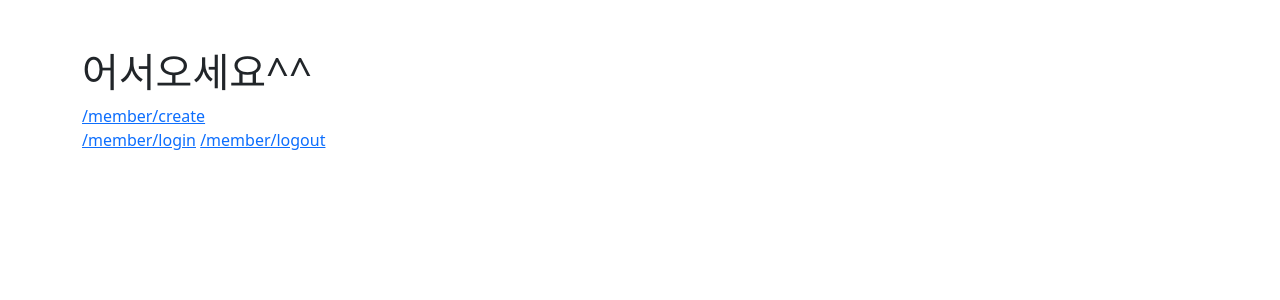
Repository: MASKUN2/GuDeeAcademy72thJavaSpring
Page: http://localhost/231121Diary/
The author's editor kept a copy of each file at every save. The page is drawn from the files as they stood at one save, then again after the next save.
The browser window is 1280 px wide. The pictures show the whole page.
The page is served by Tomcat 9. Nobody is signed in. The application's start-up code is not run. Other server files are loaded and not shown.

Above is the page before, as saved 2023-11-21 08:08:14.

### 231121Diary/src/main/webapp/index.jsp
<%@page import="vo.member.Member"%>
<%@ page language="java" contentType="text/html; charset=UTF-8"
    pageEncoding="UTF-8"%>
<!DOCTYPE html>
<html>
<head>
<meta charset="UTF-8">
<link href="https://cdn.jsdelivr.net/npm/bootstrap@5.3.2/dist/css/bootstrap.min.css" rel="stylesheet">
<script src="https://cdn.jsdelivr.net/npm/bootstrap@5.3.2/dist/js/bootstrap.bundle.min.js"></script>
<title>Insert title here</title>
</head>
<body>
	<div class="container my-5">
	<H1>${sessionScope.member.memberId} 어서오세요^^</H1>
	<a href="<%=request.getContextPath()%>/member/create">/member/create</a><br>
	<a href="<%=request.getContextPath()%>/member/login">/member/login</a>
	<a href="<%=request.getContextPath()%>/member/logout">/member/logout</a>
	</div>

</body>
<script type="text/javascript" src="<%=request.getContextPath()%>/js/jquery-3.7.1.min.js"></script>
</html>

Loaded but not shown: 231121Diary/src/main/webapp/js/jquery-3.7.1.min.js (library)

After the next save:
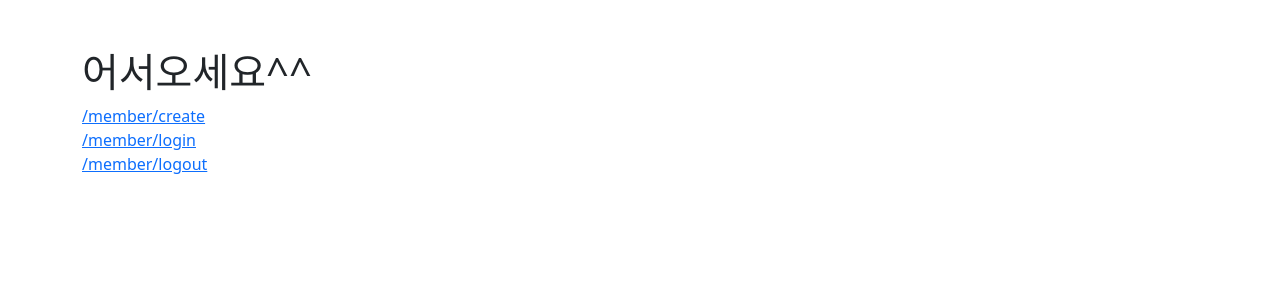
Saved 21 s later.
--- a/231121Diary/src/main/webapp/index.jsp
+++ b/231121Diary/src/main/webapp/index.jsp
@@ -13,8 +13,8 @@
 	<div class="container my-5">
 	<H1>${sessionScope.member.memberId} 어서오세요^^</H1>
 	<a href="<%=request.getContextPath()%>/member/create">/member/create</a><br>
-	<a href="<%=request.getContextPath()%>/member/login">/member/login</a>
-	<a href="<%=request.getContextPath()%>/member/logout">/member/logout</a>
+	<a href="<%=request.getContextPath()%>/member/login">/member/login</a><br>
+	<a href="<%=request.getContextPath()%>/member/logout">/member/logout</a><br>
 	</div>
 
 </body>
